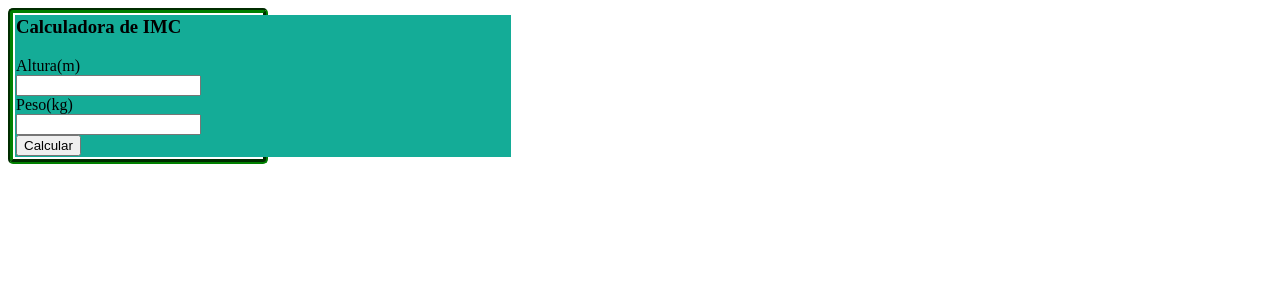
Repository: Patriciamativi/Projetos
Page: index.html
An editor plug-in stored every save of this project. The page is shown before and after the next save, followed by the edit.
The browser window is 1280 px wide. The pictures show the whole page.

Above is the page before, as saved 2022-11-21 14:46:28.

After the next save:
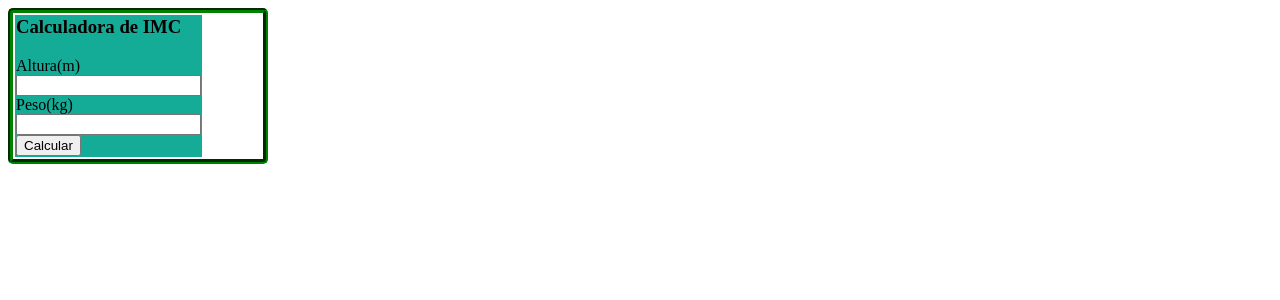
Saved 5 s later.
--- a/index.html
+++ b/index.html
@@ -18,7 +18,7 @@
         </style>
     </head>
    <p>
-<table border="0" width="500">
+<table border="0">
     <body>
          <tr>
             <td><h3>Calculadora de IMC</h3>
